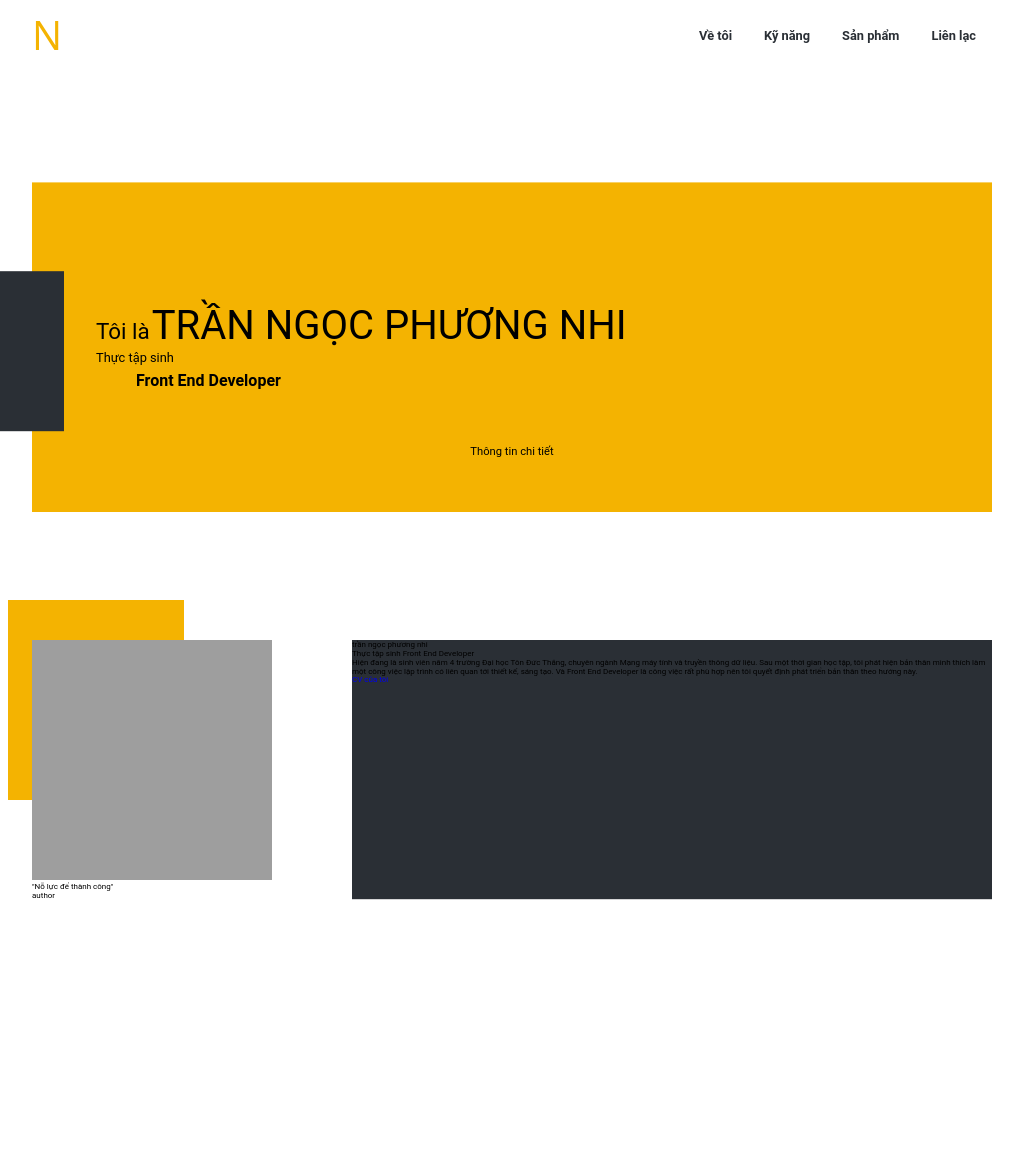
Repository: TranNgocPhuongNhi/my-portfolio
Page: index.html
The author's editor kept a copy of each file at every save. The page is drawn from the files as they stood at one save, then again after the next save.
The browser window is 1280 px wide. The pictures show the whole page, at 80% of full size.
Pictures or frames that could not be fetched are drawn as grey boxes. Some icons come from a web library that is not loaded, so they are not drawn. Some web libraries are served in a nearby version.

Above is the page before, as saved 2021-07-04 16:06:33.

### index.html
<!DOCTYPE html>
<html lang="en">
<head>
    <meta charset="UTF-8">
    <meta http-equiv="X-UA-Compatible" content="IE=edge">
    <meta name="viewport" content="width=device-width, initial-scale=1.0">
    <title>My Portfolio</title>
    <link rel="stylesheet" href="https://pro.fontawesome.com/releases/v5.10.0/css/all.css" integrity="sha384-AYmEC3Yw5cVb3ZcuHtOA93w35dYTsvhLPVnYs9eStHfGJvOvKxVfELGroGkvsg+p" crossorigin="anonymous"/>
    <link rel="stylesheet" href="resources/css/main.css">
    <link rel="stylesheet" href="resources/css/responsive.css">
    <link rel="shortcut icon" href="favicon.ico">
</head>
<body>
    <header id="header">
        <nav class="header__nav">
            <div class="container">
                <div class="header__nav-content">
                    <!-- <img src="" alt="logo"> -->
                    <a href="#index.html" class="header__nav-logo">N</a>
                    <ul class="header__nav-list">
                        <li class="nav-item"><a href="#about">Về tôi</a></li>
                        <li class="nav-item"><a href="#skills">Kỹ năng</a></li>
                        <li class="nav-item"><a href="#products">Sản phẩm</a></li>
                        <li class="nav-item"><a href="#contact">Liên lạc</a></li>
                    </ul>
                </div>
            </div>
        </nav>
        <div class="container">
            <div class="header__info">
                <div class="header__info-content">
                    <div class="header__info-name">
                        <span>Tôi là</span>
                        <span class="header__info-fullname">trần ngọc phương nhi</span>
                    </div>
                    <div class="header__info-specialize">
                        <p>Thực tập sinh</p>
                        <p>Front End Developer</p>
                    </div>
                </div>
                <div class="header__info-more">
                    <p>Thông tin chi tiết</p>
                    <div class="header__info-down">
                        <a href="#about">
                            <i class="fal fa-chevron-double-down"></i>
                        </a>
                    </div>
                </div>
            </div>
        </div>

    </header>

    <!-- About me -->
    <section id="about">
        <div class="container">
            <div class="row">
                <div class="col-1-3 about__avatar">
                    <img src="https://media-cdn.laodong.vn/Storage/NewsPortal/2021/2/13/880159/Vuong-Bat-Bac-9.png" alt="my avatar" />
                    <div class="about__quote">
                        <p>"Nỗ lực để thành công"</p>
                        <p>author</p>
                    </div>
                </div>
                <div class="col-3-1 about__content">
                    <div class="about__info">
                        <p>trần ngọc phương nhi</p>
                        <p>Thực tập sinh Front End Developer</p>
                    </div>
                    <p class="about__text">
                        Hiện đang là sinh viên năm 4 trường Đại học  Tôn Đức Thắng,
                        chuyên ngành Mạng máy tính và truyền thông dữ liệu. Sau một
                        thời gian học tập, tôi phát hiện bản thân mình thích làm một
                        công việc lập trình có liên quan tới thiết kế, sáng tạo. Và Front
                        End Developer là công việc rất phù hợp nên tôi quyết định phát
                        triển bản thân theo hướng này.
                    </p>
                    <a href="#" class="about__CV">CV của tôi</a>
                </div>
            </div>
        </div>
    </section>

</body>
</html>

### resources/css/main.css
:root {
    --primary1: #F4B301;
    --primary2: #2A2F35;
    --secondary: #F7F7F7;
    --white: #fff;
    --footer: #3B4046;
}

html {
    font-size: 62.5%;
    font-family: "Roboto", "Helvetica Neue", sans-serif;
    scroll-behavior: smooth;
}

* {
    padding: 0;
    margin: 0;
    box-sizing: border-box;
}

ul, li {
    list-style: none;
}

a {
    text-decoration: none;
}

.container {
    width: 120rem;
    max-width: 100%;
    margin: 0 auto;
}

.row {
    display: flex;
    position: relative;
}

.col-1-3 {
    width: calc(100% / 3);
}

.col-3-1 {
    width: calc(100% * 2 / 3);
}

/* ========================================= HEADER ============================= */
#header {
    height: 100vh;
    position: relative;
}

/* Scroll nav */
.nav-scroll {
    background-color: var(--white);
    box-shadow: 0 0.3rem 1.5rem rgba(0, 0, 0, 0.2);
}

.header__nav {
    padding: 1rem 0;
}

.header__nav-content {
    display: flex;
    justify-content: space-between;
    align-items: center;
}

.header__nav-logo {
    font-size: 5rem;
    font-family: 'Open Sans';
    color: var(--primary1);
}

.header__nav-list {
    display: flex;
}

.nav-item {
    padding: 0 2rem;
}

.nav-item a{
    font-size: 1.6rem;
    font-weight: 600;
    color: var(--primary2);
}

.nav-item a:hover {
    border-bottom: 0.3rem solid var(--primary1);
    animation: toRight 0.4s ease;
}

.header__info {
    background-color: var(--primary1);
    padding: 15rem 8rem;
    position: relative;
    top: 14rem;
}

.header__info::before {
    content: '';
    display: block;
    width: 8rem;
    height: 20rem;
    background-color: var(--primary2);
    position: absolute;
    top: 27%;
    left: -4rem;
}

.header__info-name span:first-child{
    font-size: 2.8rem;
}

.header__info-fullname {
    font-size: 5rem;
    text-transform: uppercase;
}

.header__info-specialize {
    line-height: 1.5;
}

.header__info-specialize p:first-child {
    font-size: 1.6rem;
}

.header__info-specialize p:last-child {
    font-size: 2rem;
    font-weight: bold;
    margin-left: 5rem;
}

.header__info-more {
    text-align: center;
    font-size: 1.4rem;
    line-height: 2;
    position: absolute;
    top: 85%;
    left: 50%;
    transform: translate(-50%, -50%);
}

.header__info-down:hover {
    width: 5rem;
    height: 5rem;
    line-height: 3.5;
    border-radius: 50%;
    border: 2px solid var(--white);
    margin: 0 auto;
    cursor: pointer;
}

.fa-chevron-double-down {
    color: var(--white);
}

/* =========================================== ABOUT ME ====================================== */
#about {
    height: 100vh;
}

.about__avatar,
.about__content {
    margin: 8rem 0;
}

.about__avatar img {
    width: 30rem;
    height: 30rem;
}

.about__avatar::before {
    content: '';
    display: block;
    width: 20rem;
    height: 25rem;
    background-color: var(--primary1);
    position: absolute;
    top: 3rem;
    left: -3rem;
    z-index: -1;
}

.about__avatar::after {
    content: '';
    display: block;
    width: 20rem;
    height: 25rem;
    background-color: var(--primary1);
    position: absolute;
    top: 3rem;
    left: -1rem;
    z-index: -1;
}

.about__content {
    background-color: var(--primary2);
}

/* =========================================== MY SKILLS ====================================== */



/* =========================================== MY PRODUCTS ====================================== */



/* =========================================== CONTACT ME ====================================== */



/* =========================================== ANIMATION ====================================== */
@keyframes toRight {
    0% {
        /* opacity: 0; */
        transform: translateX(-100%);
    }
    100% {
        /* opacity: 1; */
        transform: translateX(0%);
    }
}

### resources/css/responsive.css

/* Large devices (desktops, less than 1200px) */
@media (max-width: 1199.98px) {

}

/* Medium devices (tablets, less than 992px) */
@media (max-width: 991.98px) {

}

/* Small devices (landscape phones, less than 768px) */
@media (max-width: 767.98px) {

}

/* Extra small devices (portrait phones, less than 576px) */
@media (max-width: 575.98px) {

}

After the next save:
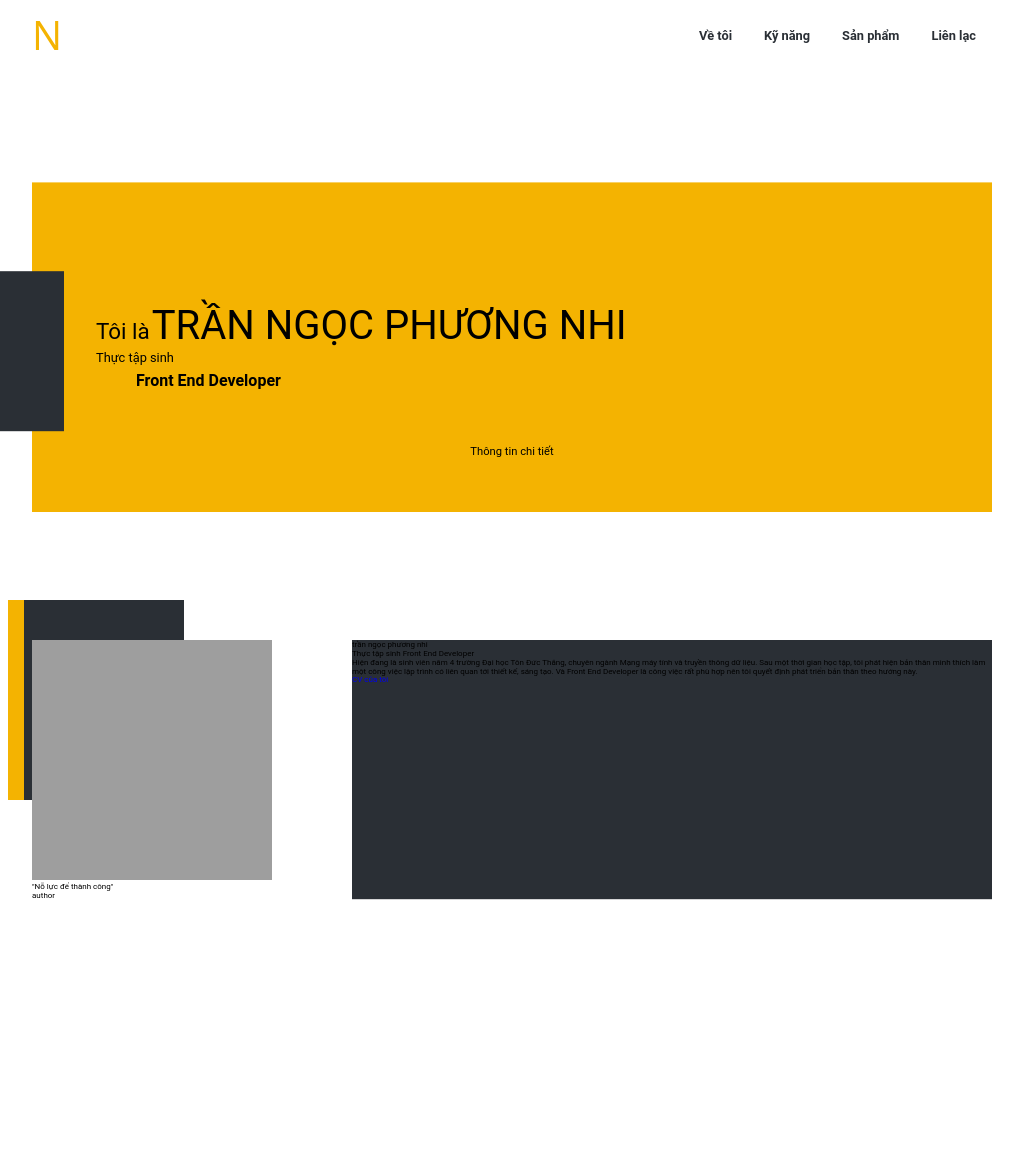
Saved 11 s later.
--- a/resources/css/main.css
+++ b/resources/css/main.css
@@ -189,7 +189,7 @@ a {
     display: block;
     width: 20rem;
     height: 25rem;
-    background-color: var(--primary1);
+    background-color: var(--primary2);
     position: absolute;
     top: 3rem;
     left: -1rem;
